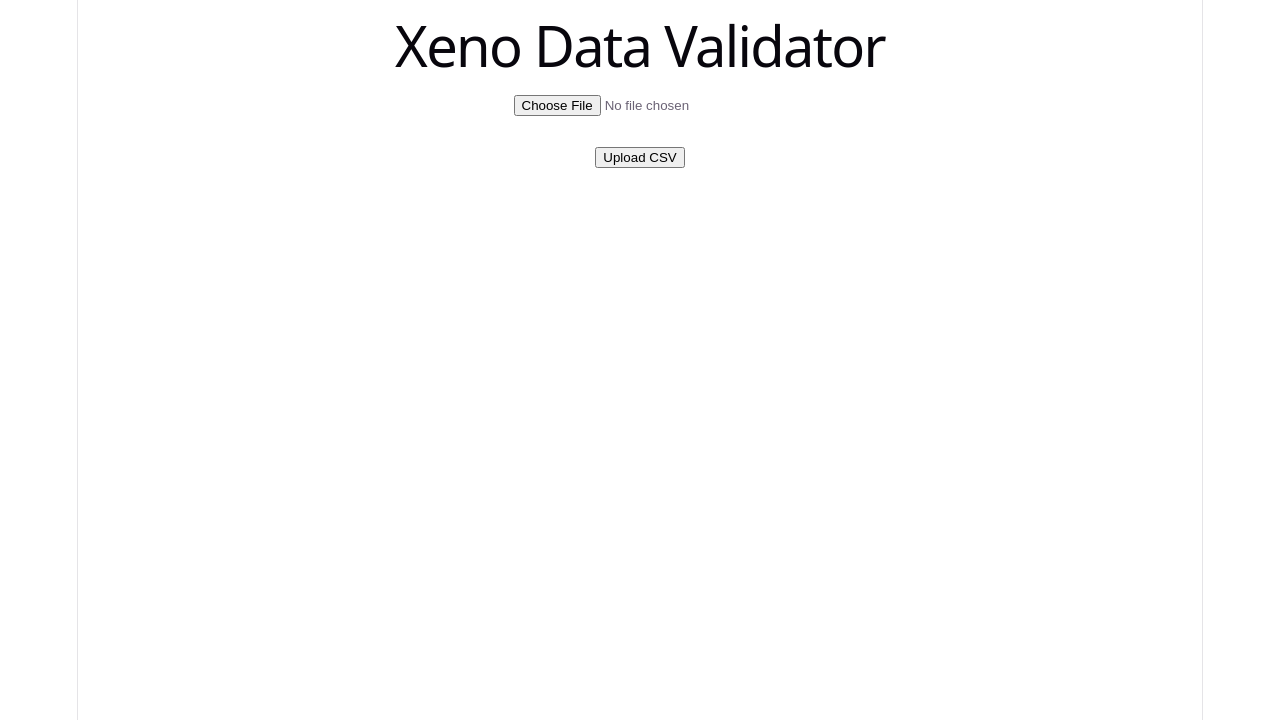
Repository: Aartigarg446/xeno-data-validator
Page: / (app in frontend/)
An editor plug-in stored every save of this project. The page is shown before and after the next save, followed by the edit.
The browser window is 1280 px wide. The pictures show the whole page.
The project was rebuilt for these pictures with package versions that can differ from the ones it lists, and the page was loaded fresh each time. Also part of the build but not shown: frontend/vite.config.js, frontend/src/App.css.

Above is the page before, as saved 2026-06-17 13:33:09.

### frontend/src/index.css
:root {
  --text: #6b6375;
  --text-h: #08060d;
  --bg: #fff;
  --border: #e5e4e7;
  --code-bg: #f4f3ec;
  --accent: #aa3bff;
  --accent-bg: rgba(170, 59, 255, 0.1);
  --accent-border: rgba(170, 59, 255, 0.5);
  --social-bg: rgba(244, 243, 236, 0.5);
  --shadow:
    rgba(0, 0, 0, 0.1) 0 10px 15px -3px, rgba(0, 0, 0, 0.05) 0 4px 6px -2px;

  --sans: system-ui, 'Segoe UI', Roboto, sans-serif;
  --heading: system-ui, 'Segoe UI', Roboto, sans-serif;
  --mono: ui-monospace, Consolas, monospace;

  font: 18px/145% var(--sans);
  letter-spacing: 0.18px;
  color-scheme: light dark;
  color: var(--text);
  background: var(--bg);
  font-synthesis: none;
  text-rendering: optimizeLegibility;
  -webkit-font-smoothing: antialiased;
  -moz-osx-font-smoothing: grayscale;

  @media (max-width: 1024px) {
    font-size: 16px;
  }
}

@media (prefers-color-scheme: dark) {
  :root {
    --text: #9ca3af;
    --text-h: #f3f4f6;
    --bg: #16171d;
    --border: #2e303a;
    --code-bg: #1f2028;
    --accent: #c084fc;
    --accent-bg: rgba(192, 132, 252, 0.15);
    --accent-border: rgba(192, 132, 252, 0.5);
    --social-bg: rgba(47, 48, 58, 0.5);
    --shadow:
      rgba(0, 0, 0, 0.4) 0 10px 15px -3px, rgba(0, 0, 0, 0.25) 0 4px 6px -2px;
  }

  #social .button-icon {
    filter: invert(1) brightness(2);
  }
}

body {
  margin: 0;
}

#root {
  width: 1126px;
  max-width: 100%;
  margin: 0 auto;
  text-align: center;
  border-inline: 1px solid var(--border);
  min-height: 100svh;
  display: flex;
  flex-direction: column;
  box-sizing: border-box;
}

h1,
h2 {
  font-family: var(--heading);
  font-weight: 500;
  color: var(--text-h);
}

h1 {
  font-size: 56px;
  letter-spacing: -1.68px;
  margin: 32px 0;
  @media (max-width: 1024px) {
    font-size: 36px;
    margin: 20px 0;
  }
}
h2 {
  font-size: 24px;
  line-height: 118%;
  letter-spacing: -0.24px;
  margin: 0 0 8px;
  @media (max-width: 1024px) {
    font-size: 20px;
  }
}
p {
  margin: 0;
}

code,
.counter {
  font-family: var(--mono);
  display: inline-flex;
  border-radius: 4px;
  color: var(--text-h);
}

code {
  font-size: 15px;
  line-height: 135%;
  padding: 4px 8px;
  background: var(--code-bg);
}

### frontend/src/App.jsx

import { useState } from "react";
import axios from "axios";

function App() {

  const [file, setFile] = useState(null);
  const uploadFile = async () => {

  if (!file) {
    alert("Please select a CSV file");
    return;
  }

  const formData = new FormData();

  formData.append("file", file);

  try {

    const response = await axios.post(
      "http://localhost:5000/upload",
      formData
    );

    console.log(response.data);

    alert("CSV Uploaded Successfully");

  } catch (error) {

    console.log(error);

    alert("Upload Failed");
  }
};

  return (
    <div>

      <h1>Xeno Data Validator</h1>

      <input
        type="file"
        accept=".csv"
        onChange={(e) => setFile(e.target.files[0])}
      />
      <br />
<br />

<button onClick={uploadFile}>
  Upload CSV
</button>

    </div>
  );
}

export default App;

Loaded but not shown: frontend/src/main.jsx (common file)

After the next save:
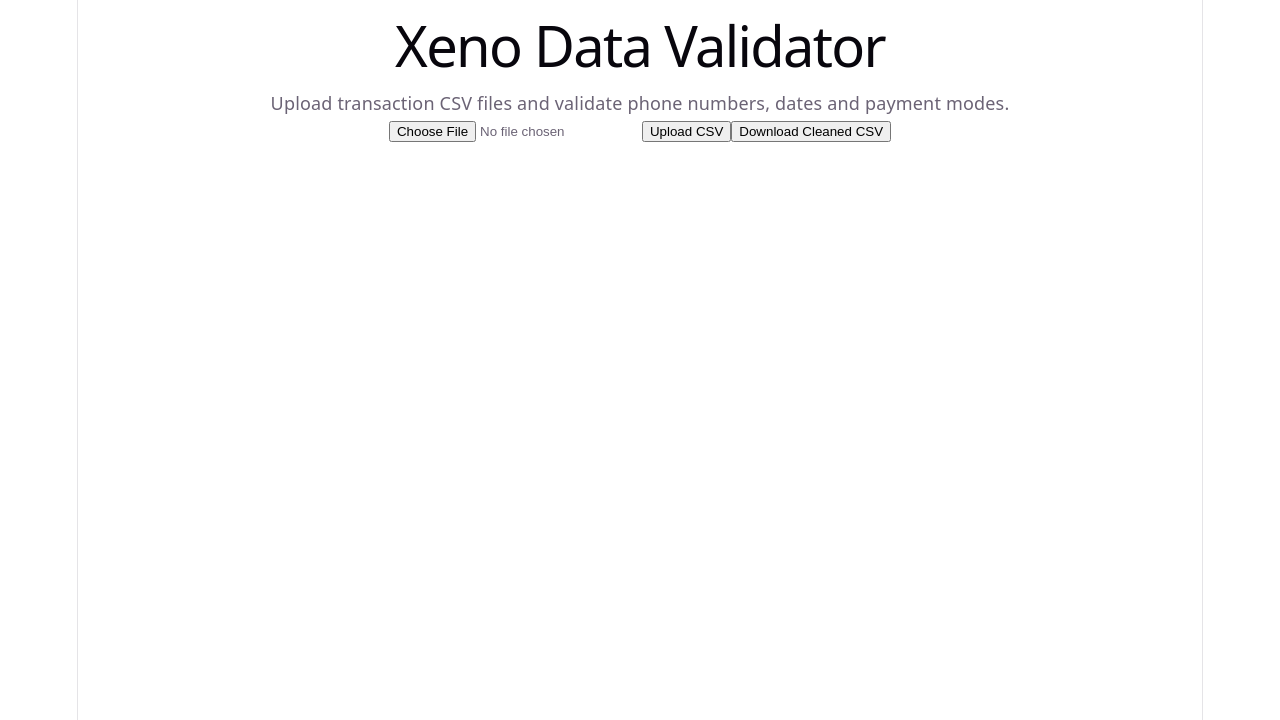
Saved 4 min 1 s later.
--- a/frontend/src/App.jsx
+++ b/frontend/src/App.jsx
@@ -1,56 +1,66 @@
-
 import { useState } from "react";
 import axios from "axios";
+import "./App.css";
 
 function App() {
+  const [file, setFile] = useState(null);
 
-  const [file, setFile] = useState(null);
   const uploadFile = async () => {
+    if (!file) {
+      alert("Please select a CSV file");
+      return;
+    }
 
-  if (!file) {
-    alert("Please select a CSV file");
-    return;
-  }
+    const formData = new FormData();
+    formData.append("file", file);
 
-  const formData = new FormData();
+    try {
+      await axios.post(
+        "http://localhost:5000/upload",
+        formData
+      );
 
-  formData.append("file", file);
-
-  try {
-
-    const response = await axios.post(
-      "http://localhost:5000/upload",
-      formData
-    );
-
-    console.log(response.data);
-
-    alert("CSV Uploaded Successfully");
-
-  } catch (error) {
-
-    console.log(error);
-
-    alert("Upload Failed");
-  }
-};
+      alert("CSV Uploaded Successfully");
+    } catch (error) {
+      console.log(error);
+      alert("Upload Failed");
+    }
+  };
 
   return (
-    <div>
+    <div className="container">
 
-      <h1>Xeno Data Validator</h1>
+      <div className="card">
 
-      <input
-        type="file"
-        accept=".csv"
-        onChange={(e) => setFile(e.target.files[0])}
-      />
-      <br />
-<br />
+        <h1>Xeno Data Validator</h1>
 
-<button onClick={uploadFile}>
-  Upload CSV
-</button>
+        <p>
+          Upload transaction CSV files and validate
+          phone numbers, dates and payment modes.
+        </p>
+
+        <input
+          type="file"
+          accept=".csv"
+          onChange={(e) =>
+            setFile(e.target.files[0])
+          }
+        />
+
+        <button onClick={uploadFile}>
+          Upload CSV
+        </button>
+
+        <a
+          href="http://localhost:5000/download"
+          target="_blank"
+        >
+          <button>
+            Download Cleaned CSV
+          </button>
+        </a>
+
+      </div>
 
     </div>
   );
